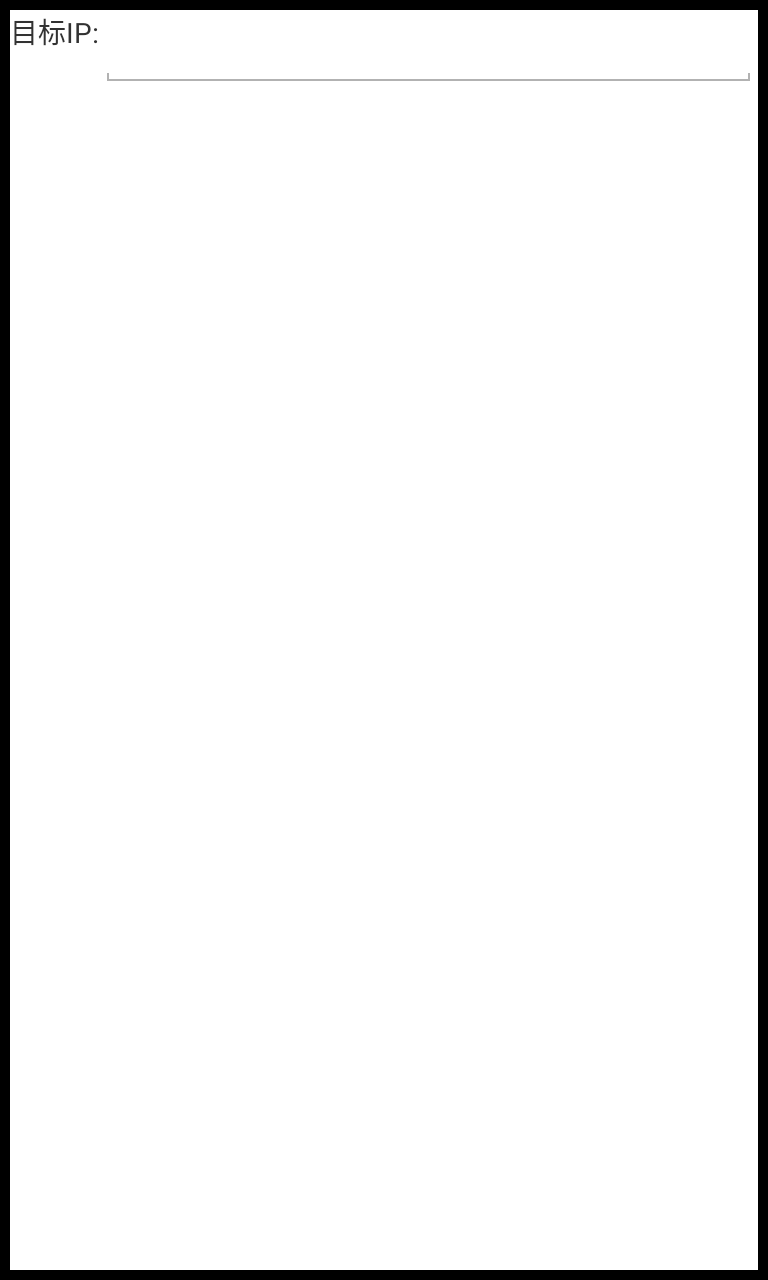
Repository: Ollyder/eclipse_work
Layout: WIFI_PM2.5(UI)/res/layout/activity_main.xml
The author's editor kept a copy of each file at every save. The layout is drawn from the files as they stood at one save, then again after the next save.
It is drawn on a 768 x 1280 px phone screen (xhdpi) without system bars, with theme AppTheme; the app's code is not run.

Above is the layout before, as saved 2017-05-27 03:35:02.

### WIFI_PM2.5(UI)/res/layout/activity_main.xml
<LinearLayout xmlns:android="http://schemas.android.com/apk/res/android"
    android:layout_width="match_parent"
    android:layout_height="match_parent"
    android:orientation="horizontal"
    android:background="#000000"
   >

    <LinearLayout
        android:layout_width="0sp"
        android:layout_height="match_parent"
        android:layout_weight="1"
        android:background="#ffffff"
        android:orientation="vertical"
        android:layout_margin="5sp">

        <LinearLayout
            android:layout_width="match_parent"
            android:layout_height="wrap_content"
            android:orientation="horizontal" >

            <TextView
                android:id="@+id/text_view"
                android:layout_width="wrap_content"
                android:layout_height="match_parent"
                android:text="目标IP:" />

        	<EditText
            	android:id="@+id/edit_view"
            	android:layout_width="0sp"
            	android:layout_height="match_parent"
            	android:layout_weight="1"/>

        </LinearLayout>

    </LinearLayout>



</LinearLayout>

Loaded but not shown: WIFI_PM2.5(UI)/res/values/styles.xml (common file); WIFI_PM2.5(UI)/res/values-v11/styles.xml (common file); WIFI_PM2.5(UI)/res/values-v14/styles.xml (common file)

After the next save:
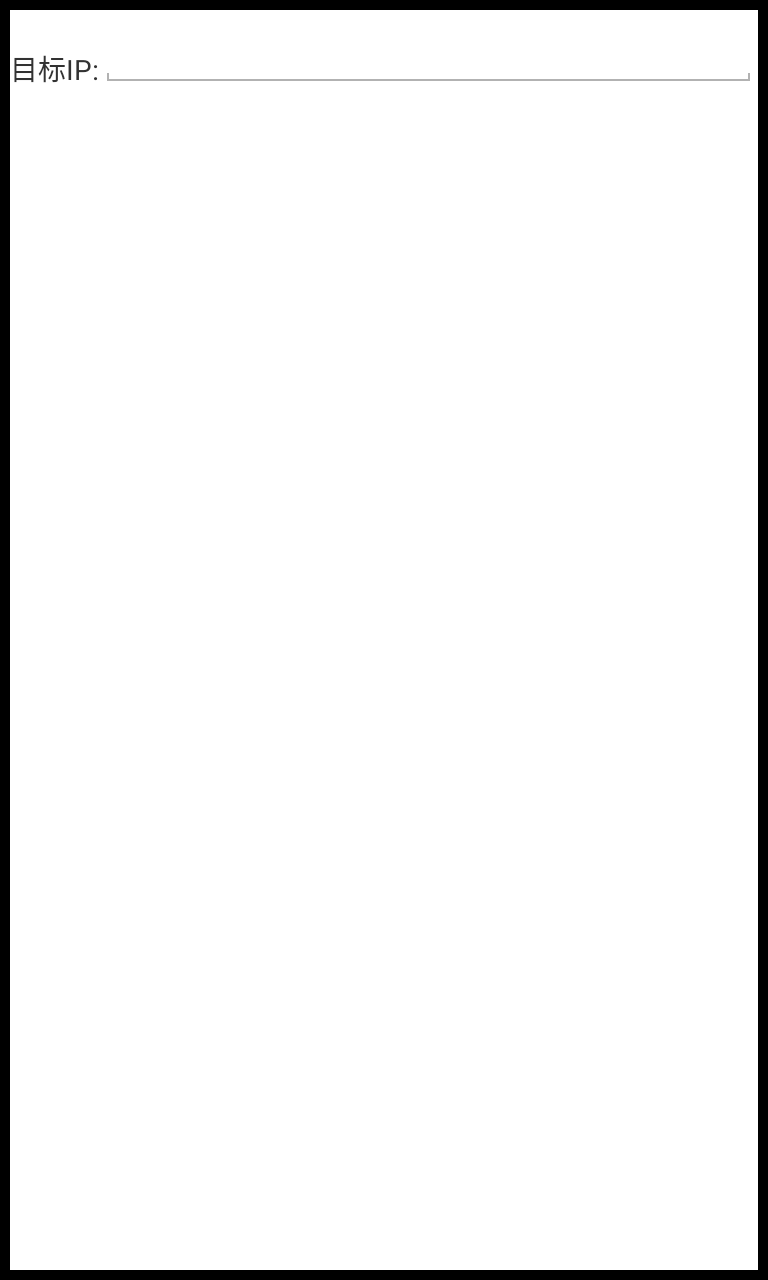
Saved 34 s later.
--- a/WIFI_PM2.5(UI)/res/layout/activity_main.xml
+++ b/WIFI_PM2.5(UI)/res/layout/activity_main.xml
@@ -22,7 +22,8 @@
                 android:id="@+id/text_view"
                 android:layout_width="wrap_content"
                 android:layout_height="match_parent"
-                android:text="目标IP:" />
+                android:text="目标IP:"
+                android:gravity="bottom" />
 
         	<EditText
             	android:id="@+id/edit_view"
